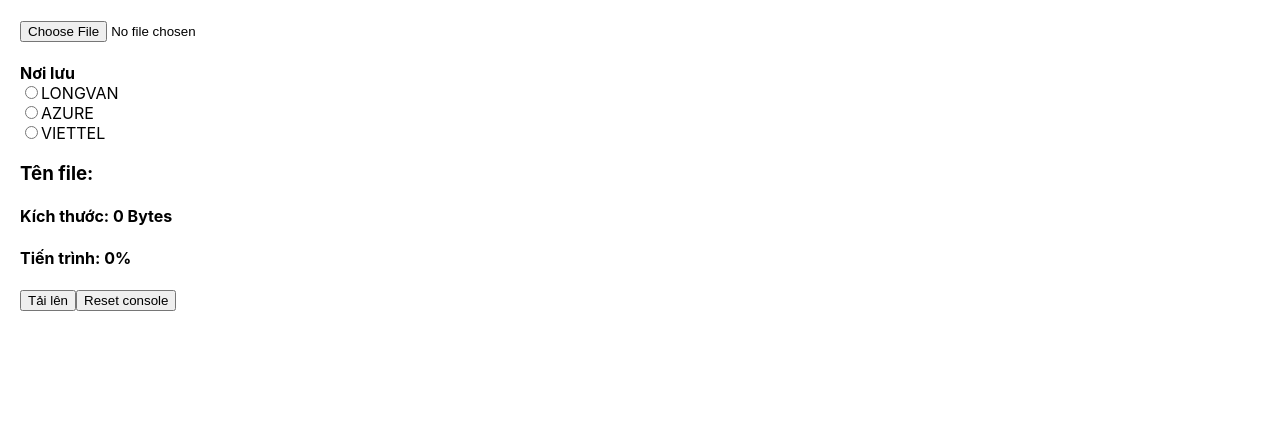
Repository: duc30012001/viettel-test-upload
Page: /
The author's editor kept a copy of each file at every save. The page is drawn from the files as they stood at one save, then again after the next save.
The browser window is 1280 px wide. The pictures show the whole page.
The project was rebuilt for these pictures with package versions that can differ from the ones it lists, and the page was loaded fresh each time. Imported but missing from the stored project, and not drawn on this page: src/reportWebVitals.

Above is the page before, as saved 2023-03-16 12:49:55.

### src/App.jsx
// ./src/App.tsx

import React, { useState, useRef } from "react";
import { uploadToAzure, uploadToViettel, uploadToLongVan } from "./Upload";
import { getFileSize } from "./helper";

const DISTRIBUTOR = ["LONGVAN", "AZURE", "VIETTEL"];

const App = () => {
  const fileInput = useRef(null);
  const [file, setFile] = useState({});
  const [distributor, setDistributor] = useState("");
  const [progress, setProgress] = useState(0);
  const handleChangeProgress = (value) => {
    setProgress(value);
  };

  const handleUpload = async () => {
    if (!distributor) {
      alert("Vui lòng chọn nơi lưu");
      return;
    }

    const fileUploadInformation = {
      startTime: new Date(),
      file: file,
      objKey: file.name,
      reader: new FileReader(),
    };

    if (distributor === "AZURE") {
      await uploadToAzure(fileUploadInformation, handleChangeProgress);
    } else if (distributor === "VIETTEL") {
      await uploadToViettel(fileUploadInformation, handleChangeProgress);
    } else {
      await uploadToLongVan(fileUploadInformation, handleChangeProgress);
    }
  };

  const onChange = (e) => {
    setFile(e.target.files?.[0] || {});
  };

  const onChangeDistributor = (e) => {
    setDistributor(e.target.value);
  };

  const handleResetConsole = () => {
    console.log(
      "-----------------------------------------------------------------------------------",
    );
  };

  return (
    <div style={{ padding: "20px" }}>
      <input ref={fileInput} onChange={onChange} type="file" />
      <div>
        <h4 style={{ marginBottom: 0 }}>Nơi lưu</h4>

        {DISTRIBUTOR.map((item) => (
          <React.Fragment key={item}>
            <input
              onChange={onChangeDistributor}
              type="radio"
              id={item}
              name="fav_language"
              value={item}
            />
            <label htmlFor={item}>{item}</label>
            <br />
          </React.Fragment>
        ))}
      </div>

      <h3>Tên file: {file.name || ""}</h3>
      <h4>Kích thước: {getFileSize(file.size || 0)}</h4>
      <h4>Tiến trình: {progress}%</h4>
      <button onClick={handleUpload}>Tải lên</button>
      <button onClick={handleResetConsole}>Reset console</button>
    </div>
  );
};

export default App;

### src/Upload/index.js
export * from "./uploadToAzure";
export * from "./uploadToViettel";
export * from "./uploadToLongVan";

### src/helper.js
import dayjs from "dayjs";

export const getFileSize = (bytes) => {
  if (bytes === 0) return "0 Bytes";
  let k = 1024,
    dm = 2,
    sizes = ["Bytes", "KB", "MB", "GB", "TB", "PB", "EB", "ZB", "YB"],
    i = Math.floor(Math.log(bytes) / Math.log(k));
  return parseFloat((bytes / Math.pow(k, i)).toFixed(dm)) + " " + sizes[i];
};

export function convertTime(startTime, endTime) {
  const time = endTime - startTime;
  const minutes = dayjs(time).format("mm");
  const seconds = dayjs(time).format("ss");
  return `${minutes} phút ${seconds} giây`;
}

### src/Upload/uploadToAzure.js
import { BlobServiceClient } from "@azure/storage-blob";
import { getFileSize, convertTime } from "../helper";

export const uploadToAzure = async (fileUploadInformation, setProgress) => {
  const { file } = fileUploadInformation;
  const containerName = "uploaded";
  const connectionString =
    "BlobEndpoint=https://antmusicdemo.blob.core.windows.net/;QueueEndpoint=https://antmusicdemo.queue.core.windows.net/;FileEndpoint=https://antmusicdemo.file.core.windows.net/;TableEndpoint=https://antmusicdemo.table.core.windows.net/;SharedAccessSignature=sv=2021-12-02&ss=bfqt&srt=co&sp=rwdlacupiytfx&se=2023-03-16T11:29:14Z&st=2023-03-16T03:29:14Z&spr=https&sig=o8MVlJ%2F45IHkzLmqR6WjuiMXJNNm%2FW6XZQ3bFEWURNQ%3D";
  const blobServiceClient =
    BlobServiceClient.fromConnectionString(connectionString);
  const containerClient = blobServiceClient.getContainerClient(containerName);
  const blockBlobClient = containerClient.getBlockBlobClient(file.name);

  try {
    await blockBlobClient.uploadBrowserData(file, {
      onProgress: (currentProgress) => {
        let newProgress = (
          (currentProgress.loadedBytes / file.size) *
          100
        ).toFixed(2);
        if (newProgress > 100) newProgress = 100;
        setProgress(newProgress);
      },
    });
    const endTime = new Date(); // End time of the upload

    const finishedTime = convertTime(fileUploadInformation.startTime, endTime);
    const fileSize = getFileSize(fileUploadInformation.file.size);
    const message = `AZURE  : Hoàn thành trong ${finishedTime} | Kích thước: ${fileSize}`;

    console.log(message);
    alert(message);

    return endTime;
  } catch (error) {
    console.error("Failed to upload file", error);
  }
};

### src/Upload/uploadToViettel.js
import AWS from "aws-sdk";
import { convertTime, getFileSize } from "../helper";

const CONFIG = {
  accessKey: "63048af01deccf617b4d",
  secretKey: "k2Wj7uoJ/QSw1GjMjZnboIoAPnlm+j6iQsXttv0z",
  endpoint: "s3-north.viettelidc.com.vn",
  bucket: "ant-music-trial-viettel",
};

let { accessKey, secretKey, endpoint, bucket } = CONFIG;

let s3 = new AWS.S3({
  accessKeyId: accessKey,
  secretAccessKey: secretKey,
  endpoint: endpoint,
  s3ForcePathStyle: true,
  //signatureVersion: "v3",
  sslEnabled: true,
  httpOptions: {
    timeout: 1000 * 60000,
  },
});

// ========================== UPLOAD MULTI PART ===========================
const PART_SIZE = 5 * 1024 * 1024;

export const uploadToViettel = (
  fileUploadInformation,
  handleChangeUploadProgress,
  distributor,
) => {
  const params = {
    Bucket: bucket,
    Key: fileUploadInformation.objKey,
    ContentType: fileUploadInformation.file.type,
    ACL: "public-read",
  };

  s3.createMultipartUpload(params, (mpErr, multipart) => {
    if (mpErr) {
      console.log("createMultipartUpload Error: ", mpErr);
      return;
    }
    uploadPart(
      s3,
      multipart,
      1,
      0,
      fileUploadInformation,
      handleChangeUploadProgress,
    );
  });
};

function uploadPart(
  s3,
  multipart,
  partNum,
  rangeStart,
  fileUploadInformation,
  handleChangeUploadProgress,
) {
  let progress = ((rangeStart / fileUploadInformation.file.size) * 100).toFixed(
    2,
  );
  if (progress > 100) progress = 100;
  handleChangeUploadProgress(progress);

  if (fileUploadInformation.file.size <= rangeStart) {
    getETag(multipart.UploadId, partNum - 1, fileUploadInformation);
    return;
  }

  fileUploadInformation.reader.readAsArrayBuffer(
    fileUploadInformation.file.slice(rangeStart, rangeStart + PART_SIZE),
  );
  fileUploadInformation.reader.onload = function startUploadAPart() {
    let byte2Upload = null;
    byte2Upload = fileUploadInformation.reader.result;
    const partParams = {
      Body: byte2Upload,
      Bucket: bucket,
      Key: fileUploadInformation.objKey,
      PartNumber: String(partNum),
      UploadId: multipart.UploadId,
    };

    s3.uploadPart(partParams, (multiErr, mData) => {
      if (multiErr) {
        console.log("multiErr, upload part error: ", multiErr);
        return;
      }
      byte2Upload = null;
      uploadPart(
        s3,
        multipart,
        partNum + 1,
        rangeStart + PART_SIZE,
        fileUploadInformation,
        handleChangeUploadProgress,
      );
    });
  };
}

function getETag(uploadId, totalPart, fileUploadInformation) {
  var listPartParams = {
    Bucket: bucket,
    Key: fileUploadInformation.objKey,
    UploadId: uploadId,
    MaxParts: totalPart,
    PartNumberMarker: 0,
  };
  s3.listParts(listPartParams, (err, data) => {
    if (err) {
      console.log("🚀 ~ file: UploadForm.js:187 ~ s3.listParts ~ err:", err);
      return;
    }

    var multipartMap = {
      Parts: [0],
    };
    for (let i = 0; i < data.Parts.length; i++) {
      let aPart = data.Parts[i];
      multipartMap.Parts[i] = {
        ETag: aPart.ETag,
        PartNumber: Number(aPart.PartNumber),
      };
    }

    var doneParams = {
      Bucket: bucket,
      Key: fileUploadInformation.objKey,
      MultipartUpload: multipartMap,
      UploadId: uploadId,
    };
    completeMultipartUpload(s3, doneParams, fileUploadInformation);
  });
}

function completeMultipartUpload(s3, doneParams, fileUploadInformation) {
  s3.completeMultipartUpload(doneParams, (err, data) => {
    if (err) {
      console.log("An error occurred while competing the multipart upload");
      console.log(err);
    } else {
      const endTime = new Date(); // End time of the upload

      const finishedTime = convertTime(
        fileUploadInformation.startTime,
        endTime,
      );
      const fileSize = getFileSize(fileUploadInformation.file.size);
      const message = `VIETTEL: Hoàn thành trong ${finishedTime} | Kích thước: ${fileSize}`;

      console.log(message);
      alert(message);
    }
  });
}

### src/Upload/uploadToLongVan.js
import AWS from "aws-sdk";
import { getFileSize, convertTime } from "../helper";

const CONFIG = {
  accessKey: "EUMTEDYNRU6NEV7CQ1P0",
  secretKey: "0xCTFBIzeanOPzACW8hWJ83q84EzLxllPY9u3BDp",
  endpoint: "s3-hcm-r1.longvan.net",
  bucket: "ant-music-bucket-test",
};

let { accessKey, secretKey, endpoint, bucket } = CONFIG;

let s3 = new AWS.S3({
  accessKeyId: accessKey,
  secretAccessKey: secretKey,
  endpoint: endpoint,
  s3ForcePathStyle: true,
  //signatureVersion: "v3",
  sslEnabled: true,
  httpOptions: {
    timeout: 1000 * 60000,
  },
});

export const uploadToLongVan = (
  fileUploadInformation,
  handleChangeUploadProgress,
) => {
  const { file, objKey, startTime } = fileUploadInformation;
  const params = {
    Body: file,
    Bucket: bucket,
    Key: objKey,
  };

  const managedUpload = new AWS.S3.ManagedUpload({
    partSize: file.size + 10 * 1024 * 1024,
    queueSize: 1,
    params: params,
    service: s3,
  });

  managedUpload.on("httpUploadProgress", (progress) => {
    const progressVariable = Math.round(
      (progress.loaded / progress.total) * 100,
    );
    handleChangeUploadProgress(progressVariable);
  });
  managedUpload.send((err, data) => {
    if (err) {
      alert("File upload lỗi", err);
      return;
    }
    const endTime = new Date(); // End time of the upload

    const finishedTime = convertTime(startTime, endTime);
    const fileSize = getFileSize(fileUploadInformation.file.size);
    const message = `LONGVAN: Hoàn thành trong ${finishedTime} | Kích thước: ${fileSize}`;

    console.log(message);
    alert(message);
  });
};

Loaded but not shown: public/index.html (common file); src/index.jsx (common file); src/index.css (common file)

After the next save:
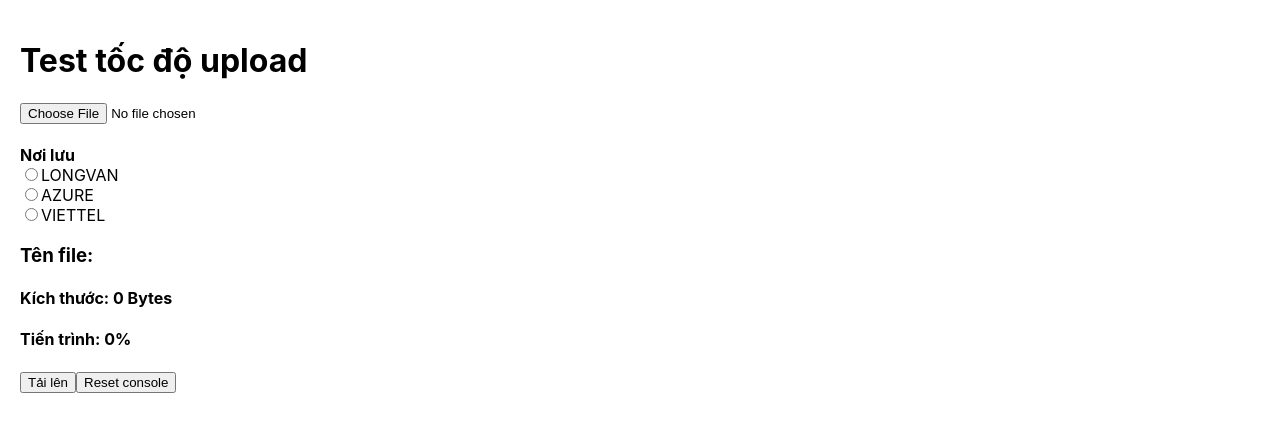
Saved 2 min 14 s later.
--- a/src/App.jsx
+++ b/src/App.jsx
@@ -53,6 +53,7 @@ const App = () => {
 
   return (
     <div style={{ padding: "20px" }}>
+      <h1>Test tốc độ upload</h1>
       <input ref={fileInput} onChange={onChange} type="file" />
       <div>
         <h4 style={{ marginBottom: 0 }}>Nơi lưu</h4>
